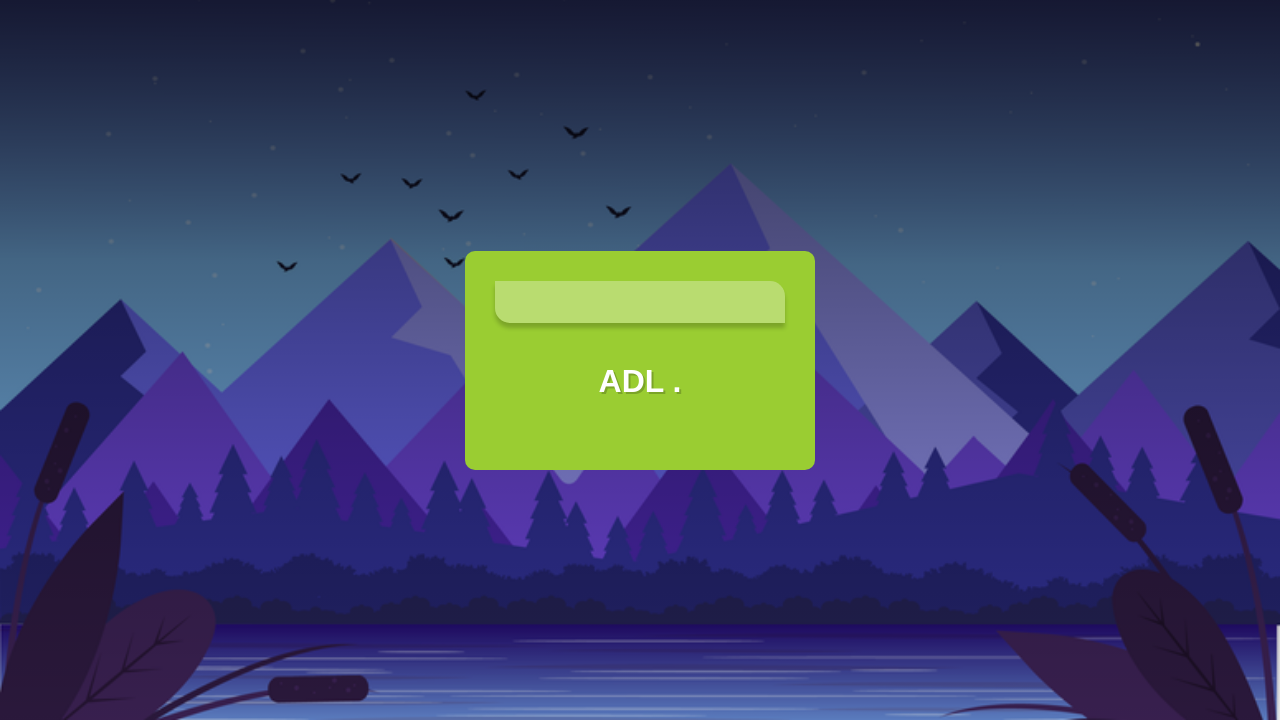
Repository: andrewhuynh561/weather-app-1
Page: index.html
An editor plug-in stored every save of this project. The page is shown before and after the next save, followed by the edit.
The browser window is 1280 px wide. The pictures show the whole page.

Above is the page before, as saved 2022-12-08 20:54:48.

### index.html
<!DOCTYPE html>
<html lang="en">
<head>
    <meta charset="UTF-8">
    <meta http-equiv="X-UA-Compatible" content="IE=edge">
    <meta name="viewport" content="width=device-width, initial-scale=1.0">
    <title>Weather app</title>
    <link
     rel="stylesheet"
     href="https://cdnjs.cloudflare.com/ajax/libs/font-awesome/6.0.0-beta2/css/all.min.css"
     integrity="sha512-YWzhKL2whUzgiheMoBFwW8CKV4qpHQAEuvilg9FAn5VJUDwKZZxkJNuGM4XkWuk94WCrrwslk8yWNGmY1EduTA=="
     crossorigin="anonymous"
     referrerpolicy="no-referrer">
    <link rel="stylesheet" href="style.css">
</head>
<body>
    <div id="weather">
        <input type="text" class="search">
        <div class="content">
            <h1 class="capital">
                <span class="city">ADL</span>
                <span>.</span>
                <span class="country"></span>
            </h1>
        </div>
    </div>

</body>
</html>

### style.css
*{
    margin: 0;
    padding: 0;
    box-sizing: border-box;
}
body{
    font-family: sans-serif;
    height: 100vh;
    display: flex;
    justify-content: center;
    align-items: center;
    background: linear-gradient(to bottom, rgba(0,0,0,0.7),rgba(0,0,0,0.1)),url(./image/222.png)  no-repeat center/cover;
}

#weather{
    width: 350px;
    border-radius:10px ;
    padding: 30px 30px;
    background: yellowgreen;
}

.search{
    width: 100%;
    padding: 10px 20px;
    border: none;
    outline: none;
    background: rgba(255,255,255,0.3);
    border-radius: 0 15px 0 15px;
    box-shadow:0 5px 4px rgba(0,0,0,0.2);
    transition:0.4s ;
    font-size: 19px;
}
.search:focus{
    background: rgba(255,255,255,0.7);
    border-radius: 15px 0 15px 0;
}
.content{
    text-align: center;
    color: white;
    margin: 40px 0;
}
.capital{
    text-shadow: 2px 2px rgba(0,0,0,0.2);
}

After the next save:
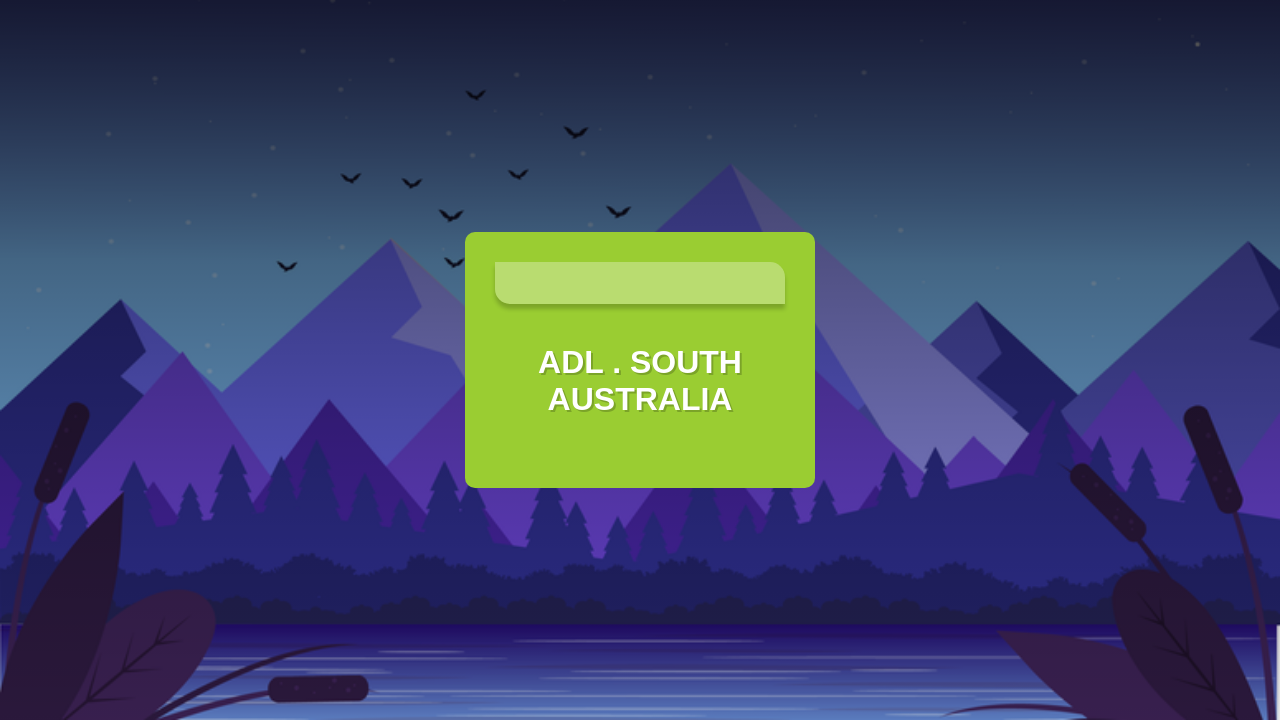
Saved 16 s later.
--- a/index.html
+++ b/index.html
@@ -20,7 +20,7 @@
             <h1 class="capital">
                 <span class="city">ADL</span>
                 <span>.</span>
-                <span class="country"></span>
+                <span class="country">SOUTH AUSTRALIA</span>
             </h1>
         </div>
     </div>
